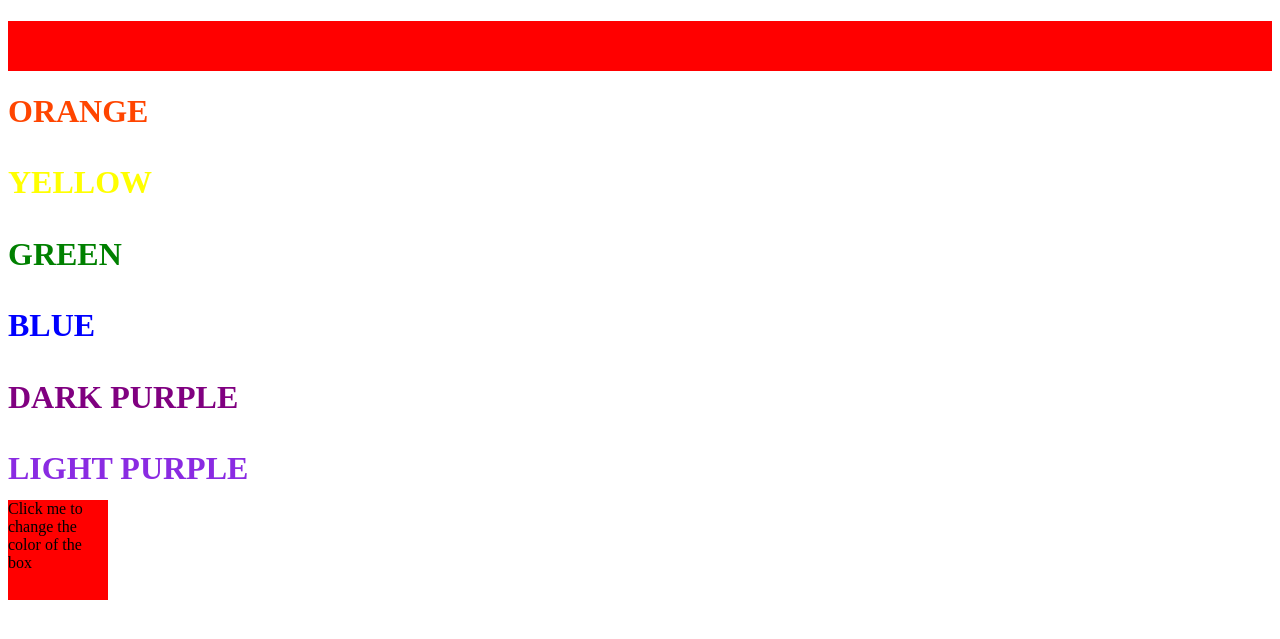
Repository: W3asl3y/IWA-challenges
Page: Interactive Rainbow Challenge/index.html
The author's editor kept a copy of each file at every save. The page is drawn from the files as they stood at one save, then again after the next save.
The browser window is 1280 px wide. The pictures show the whole page.
After loading, the first visible `#redBg` was clicked once.

Above is the page before, as saved 2023-02-01 08:47:03.

### Interactive Rainbow Challenge/index.html
<!DOCTYPE html>

<html>
    <head>
        <meta charset="utf-8">
        <meta http-equiv="X-UA-Compatible" content="IE=edge">
        <title></title>
        <meta name="description" content="">
        <meta name="viewport" content="width=device-width, initial-scale=1">
        <link rel="stylesheet" href="css/stylesheet.css">
    </head>
    <body>
        <div class="container" id="redBg" onclick="redDiv()">
            <h1 style="color: red;">
                RED
            </h1>

        </div>

        <div class="container" id="orangeBg"  onclick="">
            <h1 style="color: orangered;">
                ORANGE
            </h1>

        </div>

        <div class="container" id="yellowBg" onclick="">
            <h1 style="color: yellow;">
                YELLOW
            </h1>

        </div>

        <div class="container" id="greenBg" onclick="">
            <h1 style="color: green;">
                GREEN
            </h1>

        </div>

        <div class="container" id="blueBg" onclick="">
            <h1 style="color: blue;">
                BLUE
            </h1>

        </div>

        <div class="container" id="darkPurpleBg" onclick="">
            <h1 style="color: purple;">
                DARK PURPLE
            </h1>

        </div>

        <div class="container" id="lightPurpleBg" onclick="">
            <h1 style="color: blueviolet;">
                LIGHT PURPLE
            </h1>

        </div>

        <script src="javascript/script.js"></script>
    </body>
</html>

### Interactive Rainbow Challenge/css/stylesheet.css
.container {
    width: 100%;
    height: 50px;
    align-items: center;
    justify-content: center;
    background: #ffffff;

}

### Interactive Rainbow Challenge/javascript/script.js
function redDiv(){
    var e = document.getElementById("redBg");
    var c = window.getComputedStyle(e).backgroundColor;
    if (c === "rgb(255, 255, 255)") {
        document.getElementById("redBg").style.background = "#ff0000";
    }
    else{
        document.getElementById("redBg").style.background = "#ffffff";
    }

    }

function orangeDiv(){
    var e = document.getElementById("orangeBg");
    var c = window.getComputedStyle(e).backgroundColor;
    if (c === "rgb(255, 255, 255)") {
        document.getElementById("orangeBg").style.background = "#ff0000";
    }
    else{
        document.getElementById("orangeBg").style.background = "#ffffff";
    }

    }

function yellowDiv(){
    var e = document.getElementById("yellowBg");
    var c = window.getComputedStyle(e).backgroundColor;
    if (c === "rgb(255, 255, 255)") {
        document.getElementById("yellowBg").style.background = "#ff0000";
    }
    else{
        document.getElementById("yellowBg").style.background = "#ffffff";
    }
    }

function redDiv(){
    var e = document.getElementById("greenBg");
    var c = window.getComputedStyle(e).backgroundColor;
    if (c === "rgb(255, 255, 255)") {
        document.getElementById("greenBg").style.background = "#ff0000";
    }
    else{
        document.getElementById("greenBg").style.background = "#ffffff";
    }

    }

function redDiv(){
    var e = document.getElementById("blueBg");
    var c = window.getComputedStyle(e).backgroundColor;
    if (c === "rgb(255, 255, 255)") {
        document.getElementById("blueBg").style.background = "#ff0000";
    }
    else{
        document.getElementById("blueBg").style.background = "#ffffff";
    }

    }

function redDiv(){
    var e = document.getElementById("redBg");
    var c = window.getComputedStyle(e).backgroundColor;
    if (c === "rgb(255, 255, 255)") {
        document.getElementById("redBg").style.background = "#ff0000";
    }
    else{
        document.getElementById("redBg").style.background = "#ffffff";
    }

    }


       /* change the color of a div by clicking on text inside div */
var colorDiv = document.createElement('div');
colorDiv.style.width = '100px';
colorDiv.style.height = '100px';
colorDiv.style.backgroundColor = 'red';
document.body.appendChild(colorDiv);
var colorDivText = document.createElement('div');
colorDivText.innerHTML = 'Click me to change the color of the box';
colorDiv.appendChild(colorDivText);
colorDiv.addEventListener('click', function() {
  colorDiv.style.backgroundColor = 'blue';
});

After the next save:
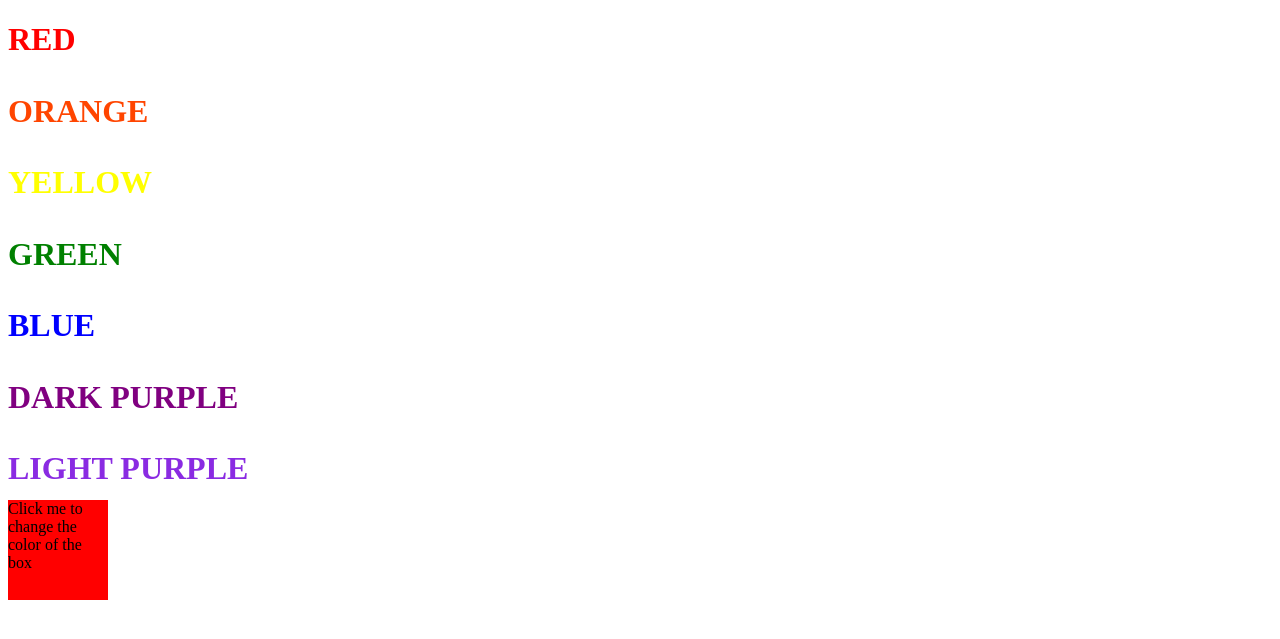
Console error: TypeError: Failed to execute 'getComputedStyle' on 'Window': parameter 1 is not of type 'Element'.
Saved 13 s later.
--- a/Interactive Rainbow Challenge/javascript/script.js
+++ b/Interactive Rainbow Challenge/javascript/script.js
@@ -58,7 +58,7 @@
     }
 
 function redDiv(){
-    var e = document.getElementById("redBg");
+    var e = document.getElementById("DARK PURPLEBg");
     var c = window.getComputedStyle(e).backgroundColor;
     if (c === "rgb(255, 255, 255)") {
         document.getElementById("redBg").style.background = "#ff0000";

After the save that followed:
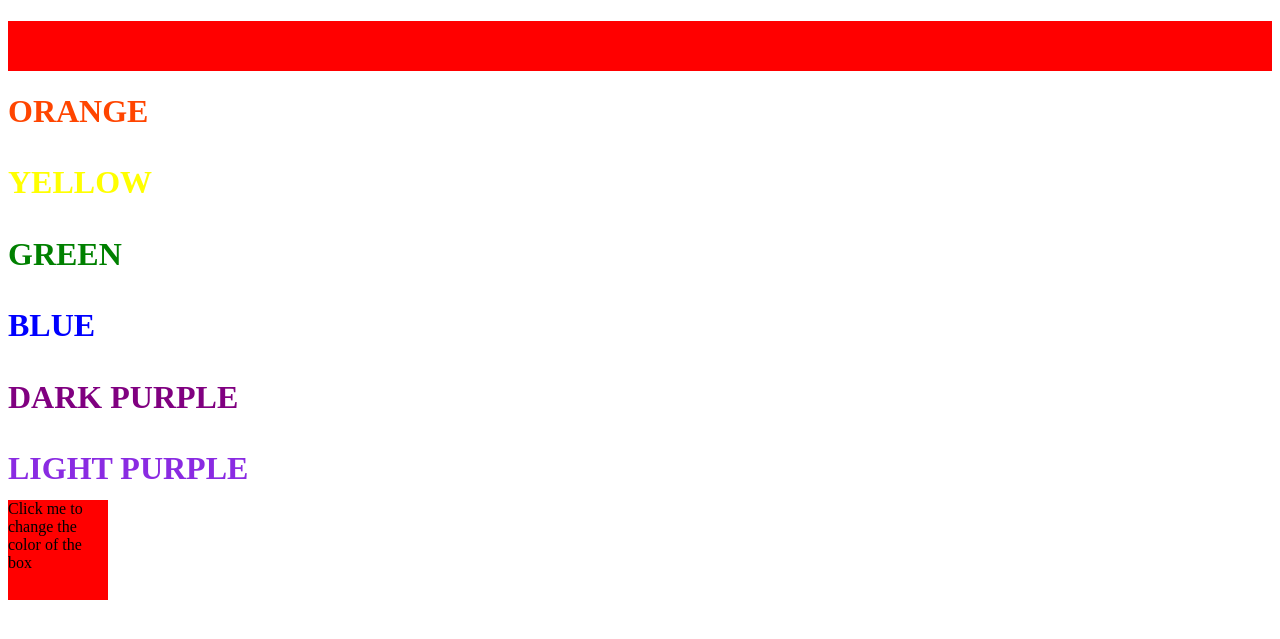
The error is gone.
Saved 4 s later.
--- a/Interactive Rainbow Challenge/javascript/script.js
+++ b/Interactive Rainbow Challenge/javascript/script.js
@@ -58,7 +58,7 @@
     }
 
 function redDiv(){
-    var e = document.getElementById("DARK PURPLEBg");
+    var e = document.getElementById("redBg");
     var c = window.getComputedStyle(e).backgroundColor;
     if (c === "rgb(255, 255, 255)") {
         document.getElementById("redBg").style.background = "#ff0000";
